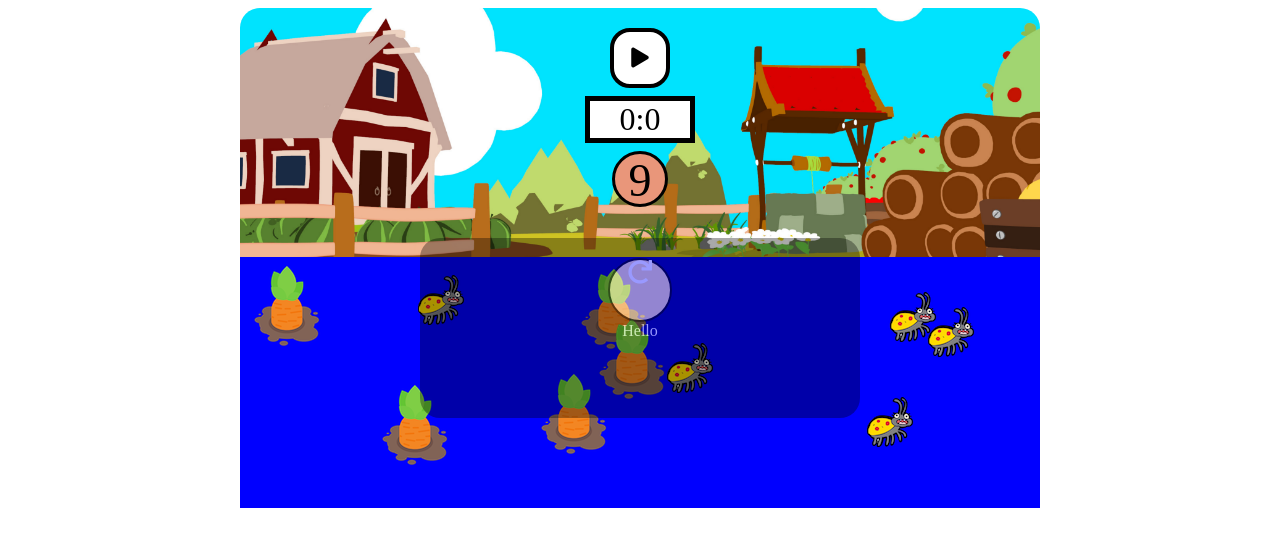
Repository: DevMinwoo-Jung/JavaScript101
Page: WebApIs/carrotClone/index.html
The author's editor kept a copy of each file at every save. The page is drawn from the files as they stood at one save, then again after the next save.
The browser window is 1280 px wide. The pictures show the whole page.

Above is the page before, as saved 2021-06-22 15:27:48.

### WebApIs/carrotClone/index.html
<!DOCTYPE html>
<html lang="en">
<head>
  <meta charset="UTF-8">
  <meta http-equiv="X-UA-Compatible" content="IE=edge">
  <meta name="viewport" content="width=device-width, initial-scale=1.0">
  <link rel="stylesheet" href="style.css">
  <script src="main.js" defer></script>
  <link rel="stylesheet" href="https://use.fontawesome.com/releases/v5.15.3/css/all.css" integrity="sha384-SZXxX4whJ79/gErwcOYf+zWLeJdY/qpuqC4cAa9rOGUstPomtqpuNWT9wdPEn2fk" crossorigin="anonymous">
  <title>Fun game</title>
</head>
<body>
  <section class="game">
    <header class="game__header">
      <button class="game__button">
        <i class="fas fa-play"></i>
        <!-- <i class="fas fa-stop"></i> -->
      </button>
        <span class="game__timer">0:0</span>
        <span class="game__score">9</span>
    </header>
    <section class="game__field"></section>
  </section>
  <section class="pop-up">
    <buttno class="pop-up__refresh">
      <i class="fas fa-redo"></i>
    </buttno>
    <span class="pop-up__message">Hello</span>
  </section>
</body>
</html>

### WebApIs/carrotClone/style.css
body {
  text-align: center;
}
.game {
  display: flex;
  flex-direction: column;
  width: 800px;
  height: 500px;
  background: url(img/background.png) center/cover;
  margin: auto;
  border-radius: 20px;
}

button {
  border: none;
  outline: none;
  cursor: pointer;
}
.game__header {
  display: flex;
  flex-direction: column;
  align-items: center;
  padding: 20px;
}

.game__button {
  width: 60px;
  height: 60px;
  background-color: white;
  border: 4px solid black;
  font-size: 20px;
  transition: transfrom 300ms ease-in;
  border-radius: 20px;
}

.game__button:hover {
  transform: scale(1.1);
}

.game__timer {
  width: 100px;
  background-color: white;
  text-align: center;
  border: 5px solid black;
  font-size: 32px;
  margin-top: 8px;
}

.game__score {
  width: 50px;
  height: 50px;
  font-size: 46px;
  border: 3px solid black;
  background-color: darksalmon;
  border-radius: 50%;
  text-align: center;
  margin-top: 8px;
}

.game__field {
  position: relative;
  background-color: blue;
  width: 100%;
  height: 100%;
  margin-top: 30px;
}

.pop-up {
  width: 400px;
  height: 140px;
  padding: 20px;
  background-color: #00000090;
  border-radius: 20px;
  opacity: 0.6;
  color: white;
  text-align: center;
  margin: auto;
  transform: translateY(-150%);
}

.pop-up__refresh {
  display: block;
  width: 60px;
  height: 60px;
  font-size: 24px;
  background-color: wheat;
  border: 2px solid black;
  border-radius: 50%;
  display: block;
  margin: auto;
}

.pop-up--hide {
  display: none;
}

.pop-up__mesage {
  display: block;
  font-size: 38px;
}

### WebApIs/carrotClone/main.js
const field = document.querySelector('.game__field');
const filedRect = field.getBoundingClientRect();
const CARROT_SIZE = 80;

function initGame() {
  // create bug and carrot
  console.log(filedRect);
  addItem('carrot', 5, 'img/carrot.png');
  addItem('bug', 5, 'img/bug.png');
}



function addItem(classNmae, count, imgPath){
  const x1 = 0;
  const y1 = 0;
  const x2 = filedRect.width - CARROT_SIZE;
  const y2 = filedRect.height - CARROT_SIZE;
  for(let i = 0; i < count ; i ++){
    const item = document.createElement('img');
    item.setAttribute('class', classNmae);
    item.setAttribute('src', imgPath);
    item.style.position = 'absolute'
    const x = randomNumber(x1, x2);
    const y = randomNumber(y1, y2);
    item.style.left = `${x}px`;
    item.style.top = `${y}px`;
    field.appendChild(item);
  }
}

function randomNumber(min, max){
  return Math.random() * (max - min) + min;
}

initGame();

After the next save:
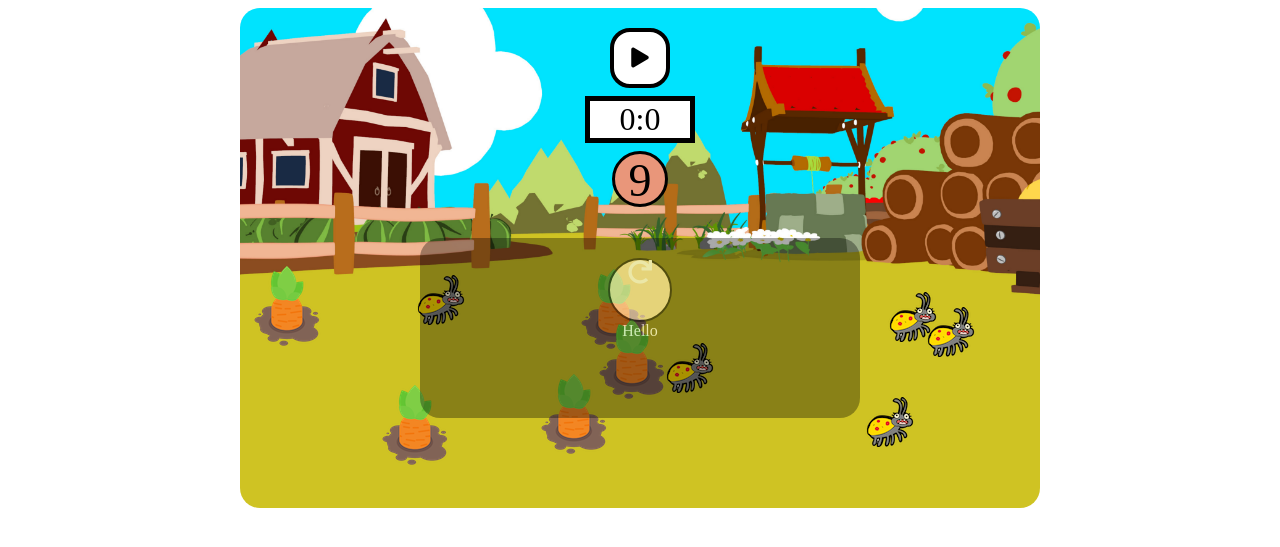
Saved 12 s later.
--- a/WebApIs/carrotClone/style.css
+++ b/WebApIs/carrotClone/style.css
@@ -59,7 +59,7 @@ button {
 
 .game__field {
   position: relative;
-  background-color: blue;
+  /* background-color: blue; */
   width: 100%;
   height: 100%;
   margin-top: 30px;
